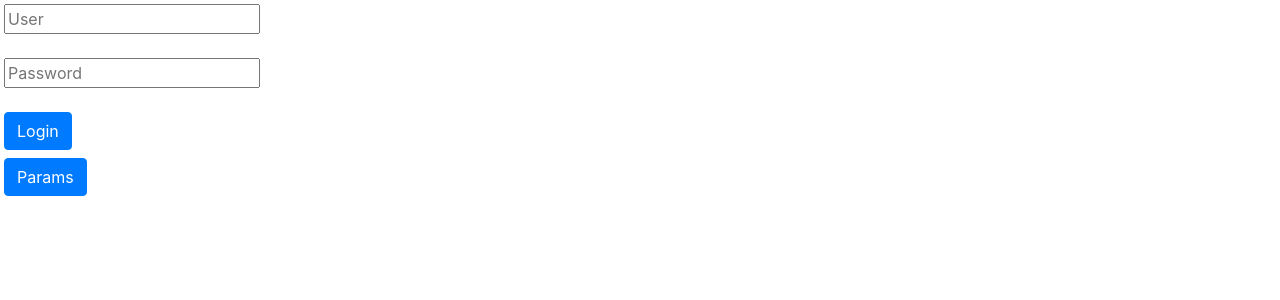
Repository: gfleitas/HTTPmethods
Page: index.html
These files come from the project's save history. The page is drawn as it stood at one moment and after a run of saves; the edit follows.
The browser window is 1280 px wide. The pictures show the whole page.

Above is the page before, as saved 2019-08-27 09:47:39.

### index.html
<!DOCTYPE html>
<html lang="en">
<head>
    <meta charset="UTF-8">
    <meta name="viewport" content="width=device-width, initial-scale=1.0">
    <meta http-equiv="X-UA-Compatible" content="ie=edge">
    <title>Document</title>

    <link rel="stylesheet" href="https://stackpath.bootstrapcdn.com/bootstrap/4.3.1/css/bootstrap.min.css" integrity="sha384-ggOyR0iXCbMQv3Xipma34MD+dH/1fQ784/j6cY/iJTQUOhcWr7x9JvoRxT2MZw1T" crossorigin="anonymous">
</head>
<body>
        <form id="form">
            <input class="mt-1 ml-1" type="text" name="user" id="user" placeholder="User">
            <br>
            <br>
            <input class="ml-1" type="password" name="pass" id="pass" placeholder="Password">
            <br>
            <br>
            <button type="submit" class="btn btn-primary ml-1">Login</button>
        </form>
        <form id="form2" style="display:none;">
            <input class="mt-1 ml-1" type="text" name="name" id="name" placeholder="Name">
            <br>
            <br>
            <input class="ml-1" type="text" name="surname" id="surname" placeholder="Surname">
            <br>
            <br>
            <button type="submit" class="btn btn-primary ml-1">Post</button>
        </form>
        <button type="submit" class="btn btn-primary ml-1 mt-2 mr-5" ">Params</button>
        <button type="submit" class="btn btn-primary mt-2" style="display: none;">Query</button>


    <script src="js/app.js"></script>

    <script src="https://code.jquery.com/jquery-3.3.1.slim.min.js" integrity="sha384-q8i/X+965DzO0rT7abK41JStQIAqVgRVzpbzo5smXKp4YfRvH+8abtTE1Pi6jizo" crossorigin="anonymous"></script>
    <script src="https://cdnjs.cloudflare.com/ajax/libs/popper.js/1.14.7/umd/popper.min.js" integrity="sha384-UO2eT0CpHqdSJQ6hJty5KVphtPhzWj9WO1clHTMGa3JDZwrnQq4sF86dIHNDz0W1" crossorigin="anonymous"></script>
    <script src="https://stackpath.bootstrapcdn.com/bootstrap/4.3.1/js/bootstrap.min.js" integrity="sha384-JjSmVgyd0p3pXB1rRibZUAYoIIy6OrQ6VrjIEaFf/nJGzIxFDsf4x0xIM+B07jRM" crossorigin="anonymous"></script>

</body>
</html>

### js/app.js
const form = document.querySelector('#form');
const form2 = document.querySelector('#form2');
const form3 = document.querySelector('#form3');
const form4 = document.querySelector('#form4');


form.addEventListener('submit', e =>{
    e.preventDefault();
    loginPOST();

    function loginPOST() {

        let user = document.getElementById("user").value
        let pass = document.getElementById("pass").value

        let objUser = JSON.stringify({"user" :user, "password" :pass});

        fetch("http://192.168.11.31:3000/login",
        {
            method: "POST",
            body: objUser,
            headers: {
                'Accept': 'application/json, text/plain, */*',
                'Content-Type': 'Application/json'
            }
        })
        .then(function(res){
            res.json()
            .then(function(objUser){
                localStorage.setItem("token", objUser.token)
                bodyPOST();
                console.log(objUser)
            })
        })
        .catch(function(res){ console.log(res) })
    }

    function bodyPOST() {
        form2.style.display = "inline";

        form2.addEventListener('submit', e =>{
            e.preventDefault()


            let name = document.getElementById("name").value
            let surname = document.getElementById("surname").value
            let token = localStorage.getItem("token")

            fetch("http://192.168.11.31:3000/test/body",
            {
                method: "POST",
                body : JSON.stringify({"name" : name, "surname" : surname}),
                headers: {
                    'Accept': 'Application/json',
                    'Content-Type': 'Application/json',
                    'Authorization' : token
                }
            })
            .then(function(res){
                res.json()
                .then((res) => {
                    queryGET();
                    paramGET();
                    console.log(res)
                })
            })
            .catch(function(res){ console.log(res) })
        })
    }

    function queryGET (){

        let name = document.getElementById("name").value
        let surname = document.getElementById("surname").value
        let token = localStorage.getItem("token");

        fetch(`http://192.168.11.31:3000/test/query?name=${name}&surname=${surname}`,
        {
            method: "GET",
            headers: {
                'Accept': 'Application/json',
                'Authorization' : token,
                'Content-Type': 'Application/json'
            }
        })
        .then(function(res){
        res.json()
            .then((res) => {
                console.log(res)
            })
        })
        .catch(function(res){ console.log(res) })
    }

    function paramGET() {

        let name = document.getElementById("name").value
        let surname = document.getElementById("surname").value
        let token = localStorage.getItem("token")

        fetch(`http://192.168.11.31:3000/test/params/${name}/${surname}`,
        {
            method: "GET",
            headers: {
                'Accept': 'Application/json',
                'Authorization' : token,
                'Content-Type': 'Application/json'
            }
        })
        .then(function(res){
            res.json()
            .then((res) => {

                console.log(res)
            })
        })
        .catch(function(res){ console.log(res) })

    }


})

After the next 10 saves:
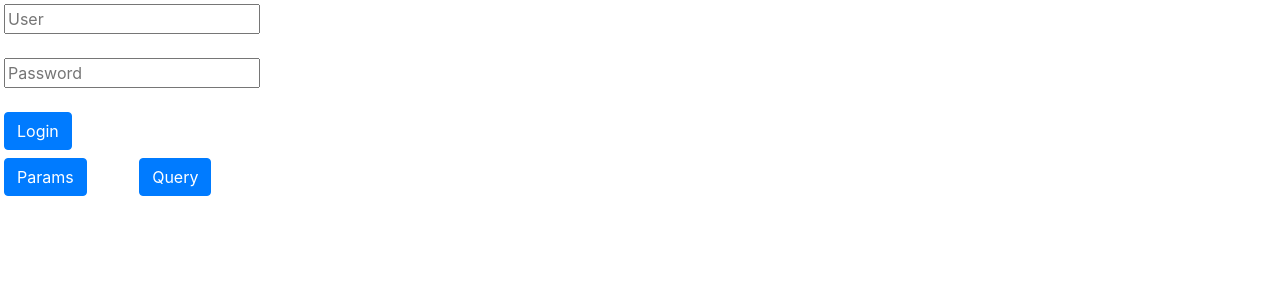
The 10 saves are shown as one change because they came seconds apart.
The last was saved 26 s later.
--- a/index.html
+++ b/index.html
@@ -27,8 +27,8 @@
             <br>
             <button type="submit" class="btn btn-primary ml-1">Post</button>
         </form>
-        <button type="submit" class="btn btn-primary ml-1 mt-2 mr-5" ">Params</button>
-        <button type="submit" class="btn btn-primary mt-2" style="display: none;">Query</button>
+        <button onclick="" type="submit" class="btn btn-primary ml-1 mt-2 mr-5">Params</button>
+        <button type="submit" class="btn btn-primary mt-2">Query</button>
 
 
     <script src="js/app.js"></script>
